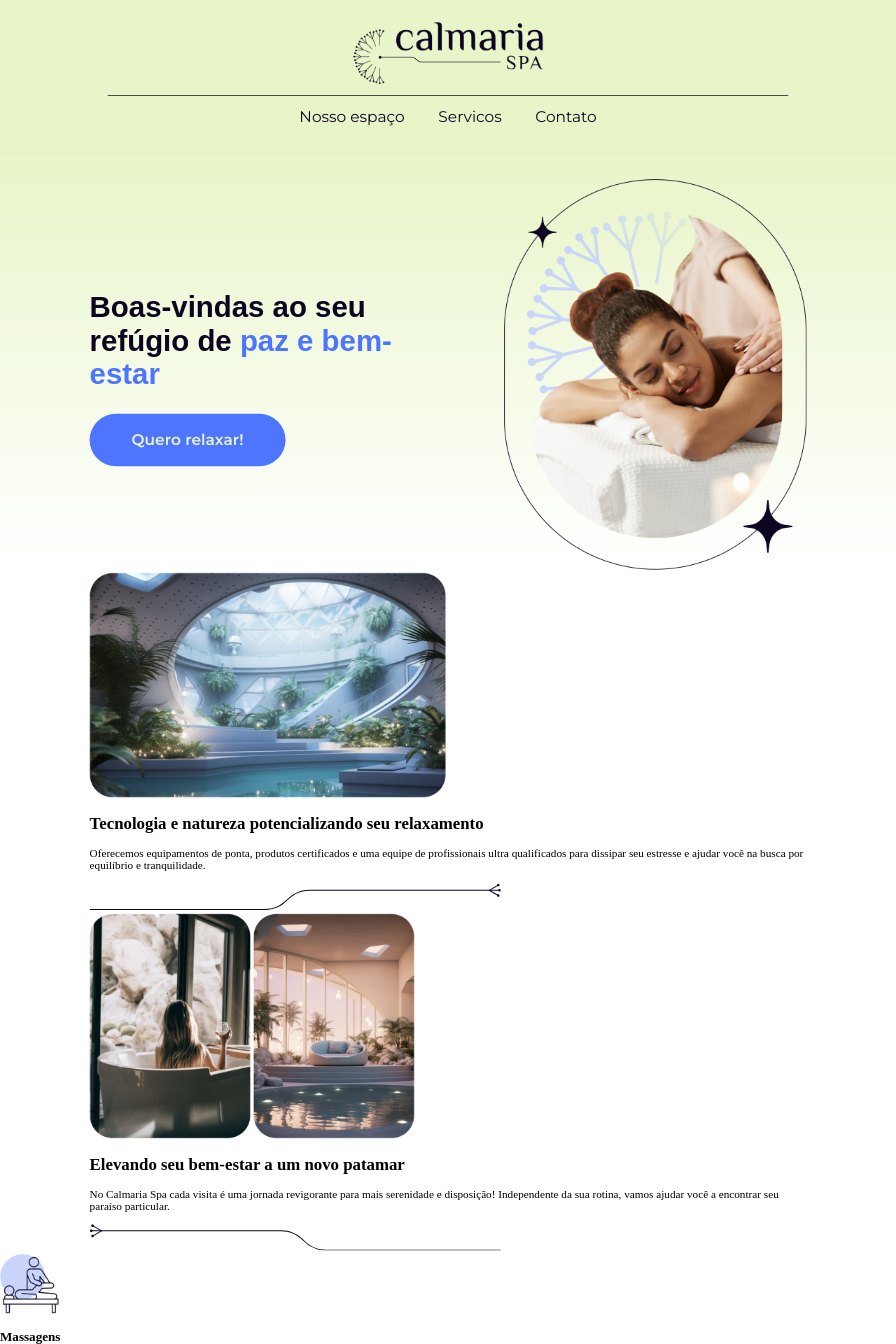
Repository: joaoPraiaJunior/curso-sass
Page: index.html
The author's editor kept a copy of each file at every save. The page is drawn from the files as they stood at one save, then again after the next save.
The browser window is 1280 px wide. The pictures show the part of the page from y = 0 to 1920 px (the page is 3920 px tall before and 4000 px after), at 70% of full size.
Some web fonts or font styles are not loaded; a fallback is used. The style sheet was rebuilt from its Sass, Less or Tailwind sources for each picture, by a compiler version that may differ from the author's.

Above is the page before, as saved 2024-07-04 22:43:04.

After the next save:
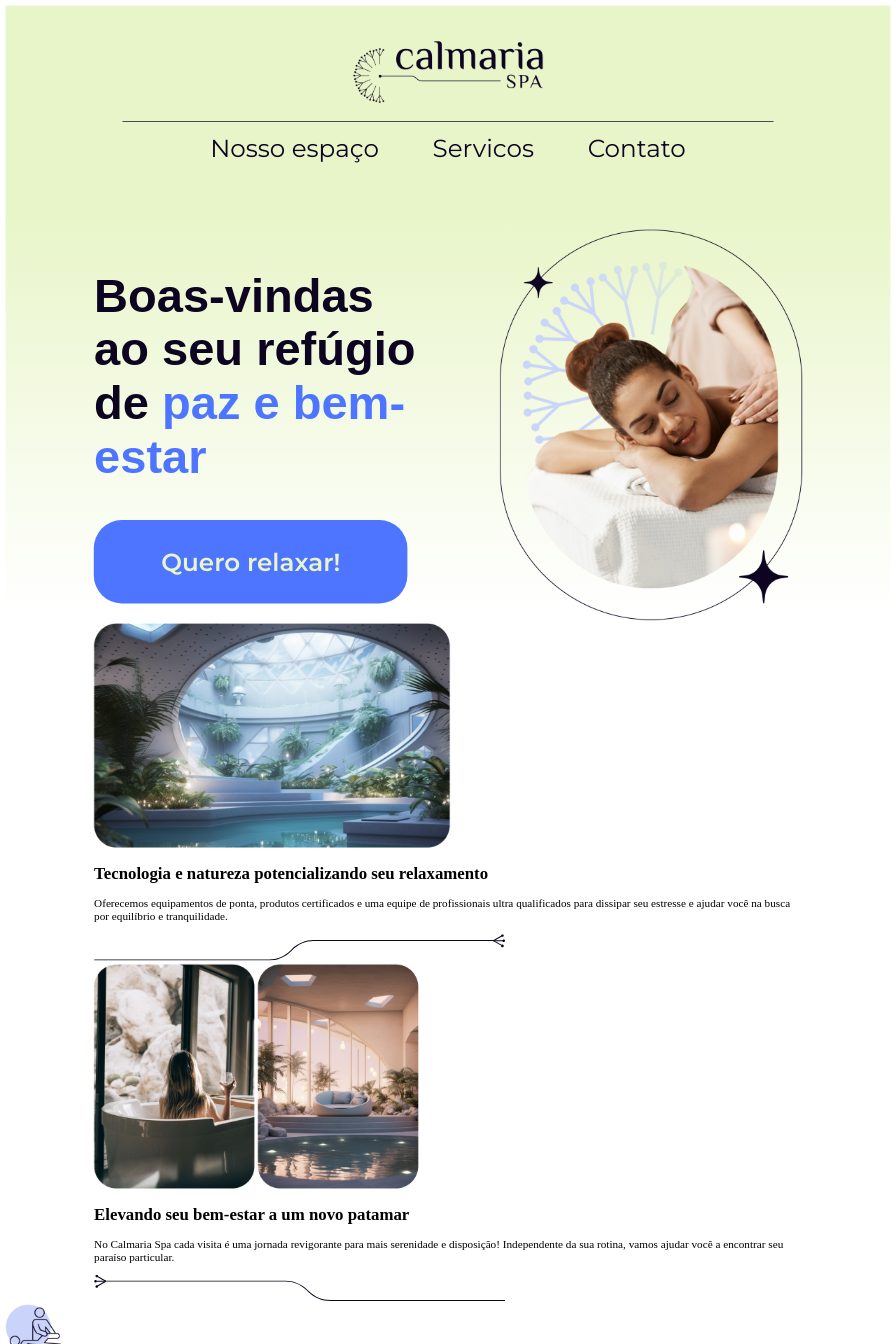
Saved 8 s later.
--- a/styles/styles.scss
+++ b/styles/styles.scss
@@ -1,15 +1,5 @@
 @use "./abstract/variaveis";
 
-html {
-  font-size: 62.5%;
-}
-
-body {
-  font-size: 1.6rem;
-  margin: 0;
-  padding: 0;
-  box-sizing: border-box;
-}
 
 header {
     display: flex;
